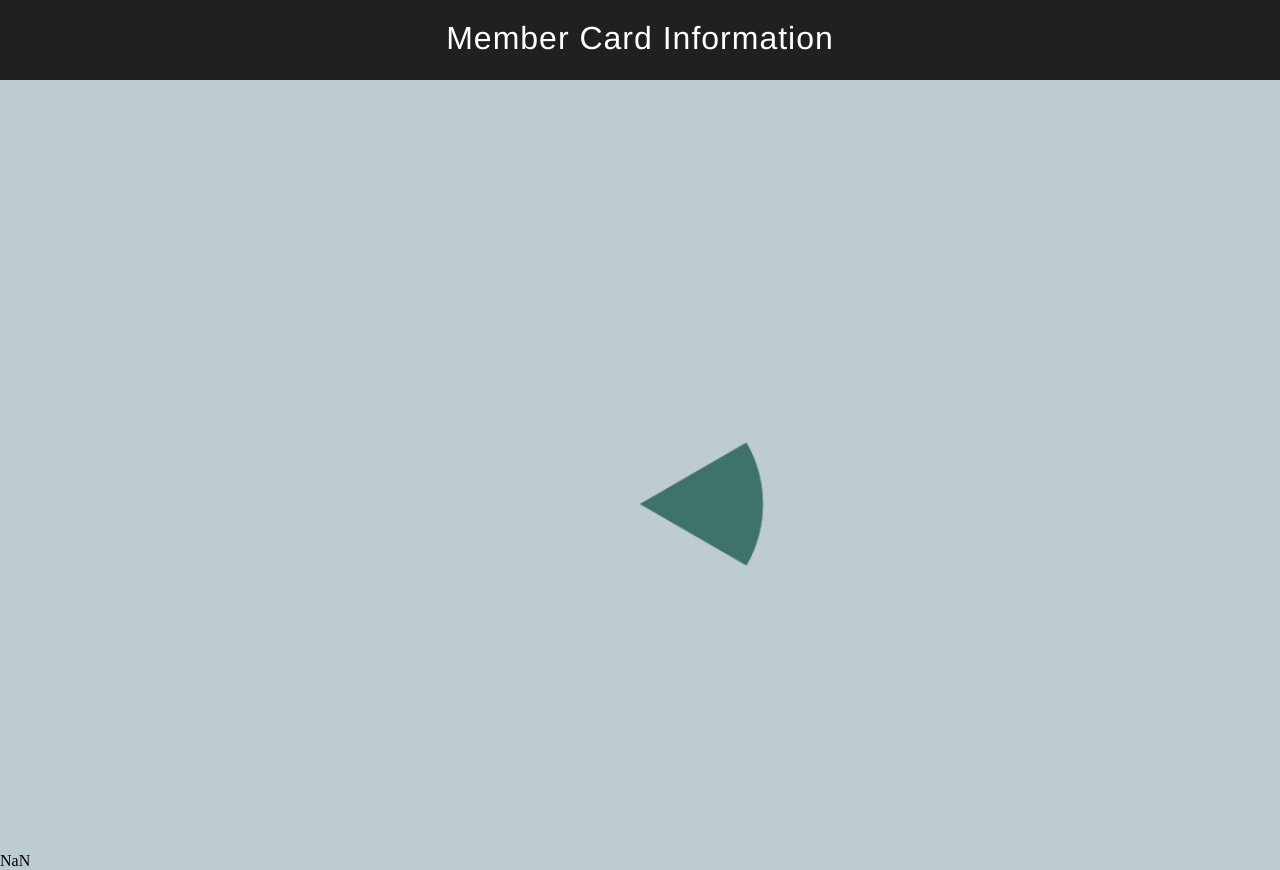
Repository: Leooook/lzhao-fed-test
Page: /
These files come from the project's save history. The page is drawn as it stood at one moment and after the next save; the edit follows.
The browser window is 1280 px wide. The pictures show the whole page.
The page's requests for data from a server got no answer. The project was rebuilt for these pictures with package versions that can differ from the ones it lists, and the page was loaded fresh each time. No one was signed in, and anything a server would have sent is missing. Also part of the build but not shown: src/components/detail.jsx.

Above is the page before, as saved 2021-03-15 21:41:32.

### src/index.html
<!DOCTYPE html>
<html lang="en">
	<head>
		<meta charset="utf-8" />
		<meta http-equiv="X-UA-Compatible" content="IE=edge,chrome=1" />
		<title>Member Card Info</title>
		<meta name="description" content="" />
		<meta name="viewport" content="width=device-width, initial-scale=1.0, maximum-scale=1.0, user-scalable=no" />
	</head>
	<body>
		<div id="root" class="react-root"></div>
	</body>
</html>

### src/App.js
import React, {useState} from 'react';
import {BsCaretDownFill} from 'react-icons/bs'

import './App.css'
import Header from './components/header.jsx'
import Feature from './components/feature.jsx'

export default function App() {
  const [featureAmount, setFeatureAmount] = useState([1])

  const setFeature = () => {
    setFeatureAmount(featureAmount => {return [...featureAmount, 1]})
  }

	return (
    <div className='app'>
      <Header />
      {
        featureAmount.map((key) => <Feature key = {key}/>)
      }
      {
        featureAmount.length > 1 ? <BsCaretDownFill className='add-feature' onClick={() => setFeature()} /> : NaN
      }

    </div>
  )
}

### src/App.css
* {
	margin: 0;
	padding: 0;
	box-sizing: border-box;
}
:root {
	--nav-black: rgba(14, 14, 14, 0.897);
	--white: #ffffff;
	--light-blue: rgb(189, 204, 208);
	--grey: rgb(145, 145, 145);
	--light-grey: rgb(209, 209, 209);
}
/* app */
.app {
	max-width: 100vw;
	min-height: 100vh;
	background-color: var(--light-blue);
}
.add-feature {
	position: relative;
	color: rgba(65, 65, 65, 0.418);
	width: 60px;
	height: 60px;
	margin: 30px auto 0 auto;
	display: block;
	cursor: pointer;
	animation: upAndDown 3s ease-in-out infinite;
}
.add-feature:active {
	transform: scale(1.1);
	transition: all 1s ease;
}
@keyframes upAndDown {
	0% {
		bottom: 0;
	}
	50% {
		bottom: 10px;
	}
	100% {
		bottom: 0;
	}
}
/* end of app */
/* header */
.header {
	background-color: var(--nav-black);
	height: 80px;
	padding: 20px;
	margin-bottom: 80px;
	font-size: 2rem;
	font-family: 'Franklin Gothic Medium', 'Arial Narrow', Arial, sans-serif;
	text-align: center;
	color: var(--white);
	letter-spacing: 1px;
}
@media screen and (max-width: 500px) {
	.header {
		margin-bottom: 30px;
		padding: 30px;
		font-size: 1.4rem;
	}
}
/* end of header */
/* loader */
.load {
	width: 100%;
}
.loadPic {
	width: 20%;
	margin: 30vh 40%;
}
/* end of loader */
/* feature */
.feature {
	margin-top: -65px;
	padding: 60px 8%;
	display: grid;
	grid-template-columns: repeat(auto-fill, minmax(450px, 1fr));
	grid-row-gap: 50px;
	grid-column-gap: 80px;
}
@media screen and (max-width: 500px) {
	.feature {
		padding: 30px 20px;
		display: initial;
	}
}
/* end of feature */
/* detail */
.detail {
	margin: auto;
	padding: 10px 20px;
	width: 450px;
	height: 240px;
	background: hsla(0, 0%, 100%, .3);
	border-radius: 6px;
	box-shadow: 0 6px 20px 6px rgba(0, 0, 0, 0.207);
	display: flex;
	align-items: center;
	cursor: pointer;
	transition: all linear 0.2s;
}
.detail:hover {
	transform: scale(1.05);
	box-shadow: 0 10px 30px 10px rgba(0, 0, 0, 0.207);
}
.left-section {
	width: calc(40% - 20px);
	margin-right: 10%;
}
.right-section {
	width: clac(50% - 20px);
}
.detail-pic {
	margin: 0 auto;
	height: 140px;
	width: 140px;
	border-radius: 50%;
	box-shadow: 0 0 10px 8px var(--light-grey);
}
.detail-info {
	margin-bottom: 10px;
}
.detail-name {
	font-family: 'Playfair Display', serif;
	font-weight: bold;
	font-size: 1.3rem;
}
.detail-name2 {
	font-weight: 100;
	font-size: 0.9rem;
	color: rgb(82, 82, 82);
	font-style: oblique;
}
.detail-sex-date {
	display: flex;
}
.detail-date {
	margin-right: 13px;
}
.detail-font {
	font-family: 'Source Sans Pro', sans-serif;
	font-size: 0.8rem;
}
@media screen and (max-width: 500px) {
	.detail {
		margin-bottom: 30px;
		width: 90vw;
		height: 50vw;
	}
	.detail-pic {
		height: 100px;
		width: 100px;
	}
	.detail-info {
		margin-bottom: 6px;
	}
	.detail-name {
		font-size: 1rem;
	}
	.detail-name2 {
		font-size: 0.8rem;
	}
	.detail-date {
		margin-right: 8px;
	}
	.detail-font {
		font-size: 0.75rem;
	}
}
/* end of detail */

### src/components/header.jsx
import React, { Component } from 'react'

class Header extends Component {
	render() {
		return <section className="header">Member Card Information</section>
	}
}

export default Header

### src/components/feature.jsx
import React, { Component } from 'react'

import Loader from './loader.jsx'
import Detail from './detail.jsx'

class Feature extends Component {
	state = {
		dataSet: [],
		dataAmount: 6
	}

	fetchData = () => {
		fetch('https://randomuser.me/api/', {
			method: 'GET'
		})
			.then((response) => response.json())
			.then((data) => {
				let dataSet = this.state.dataSet
				dataSet.push(data.results[0])
				this.setState({ dataSet })
			})
			.catch((error) => {
				console.error('Error:', error)
			})
	}

	componentDidMount() {
		for (let i = 0; i < this.state.dataAmount; i++) {
			this.fetchData()
		}
	}

	render() {
		if (this.state.dataSet.length === 0 || this.state.dataSet.length % 6 !== 0) {
			return <Loader />
		} else {
			return (
				<section className="feature">
					{this.state.dataSet.map((each, key) => <Detail key={key} data={each} />)}
				</section>
			)
		}
	}
}

export default Feature

### src/components/loader.jsx
import React from 'react'

import loadPic from '../images/load.gif'

function Loader() {
	return (
		<section className="load">
			<img src={loadPic} className="loadPic" alt="load" />
		</section>
	)
}

export default Loader

Loaded but not shown: src/index.js (common file)

After the next save:
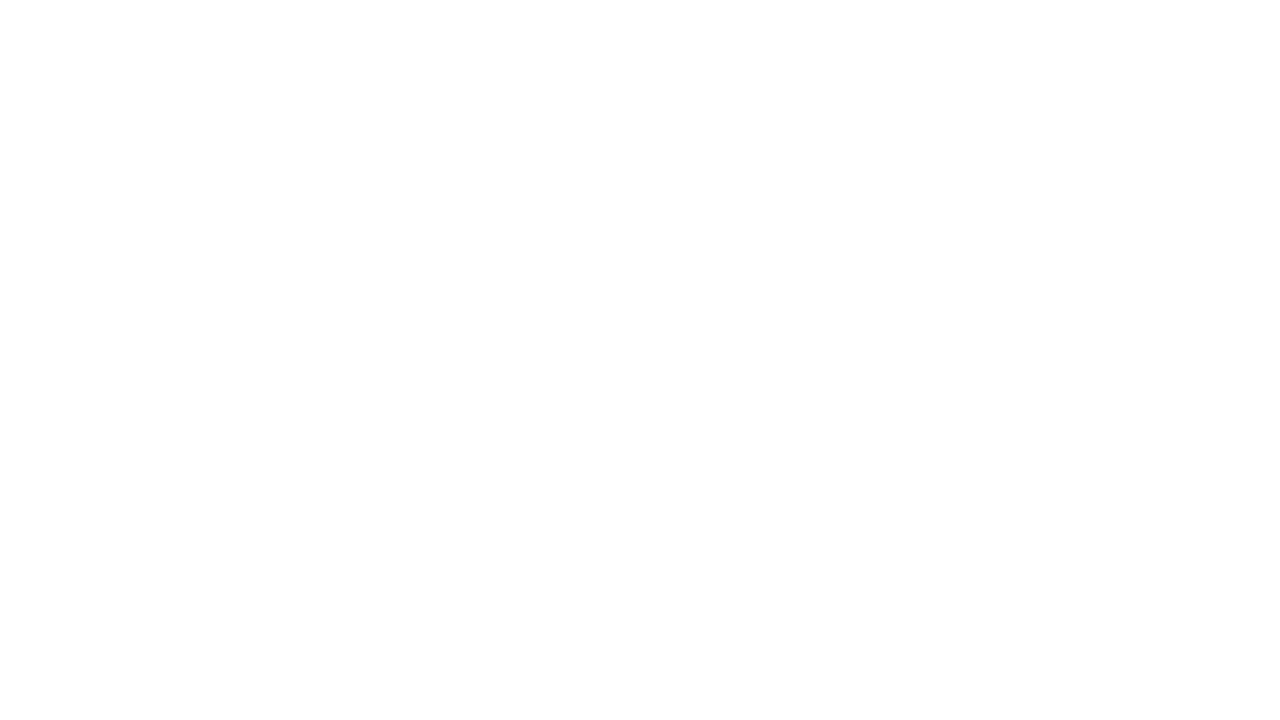
Console error: TypeError: featureAmount.length is not a function
Saved 9 s later.
--- a/src/App.js
+++ b/src/App.js
@@ -19,7 +19,7 @@
         featureAmount.map((key) => <Feature key = {key}/>)
       }
       {
-        featureAmount.length > 1 ? <BsCaretDownFill className='add-feature' onClick={() => setFeature()} /> : NaN
+        featureAmount.length() > 1 ? <BsCaretDownFill className='add-feature' onClick={() => setFeature()} /> : NaN
       }
 
     </div>

After the save that followed:
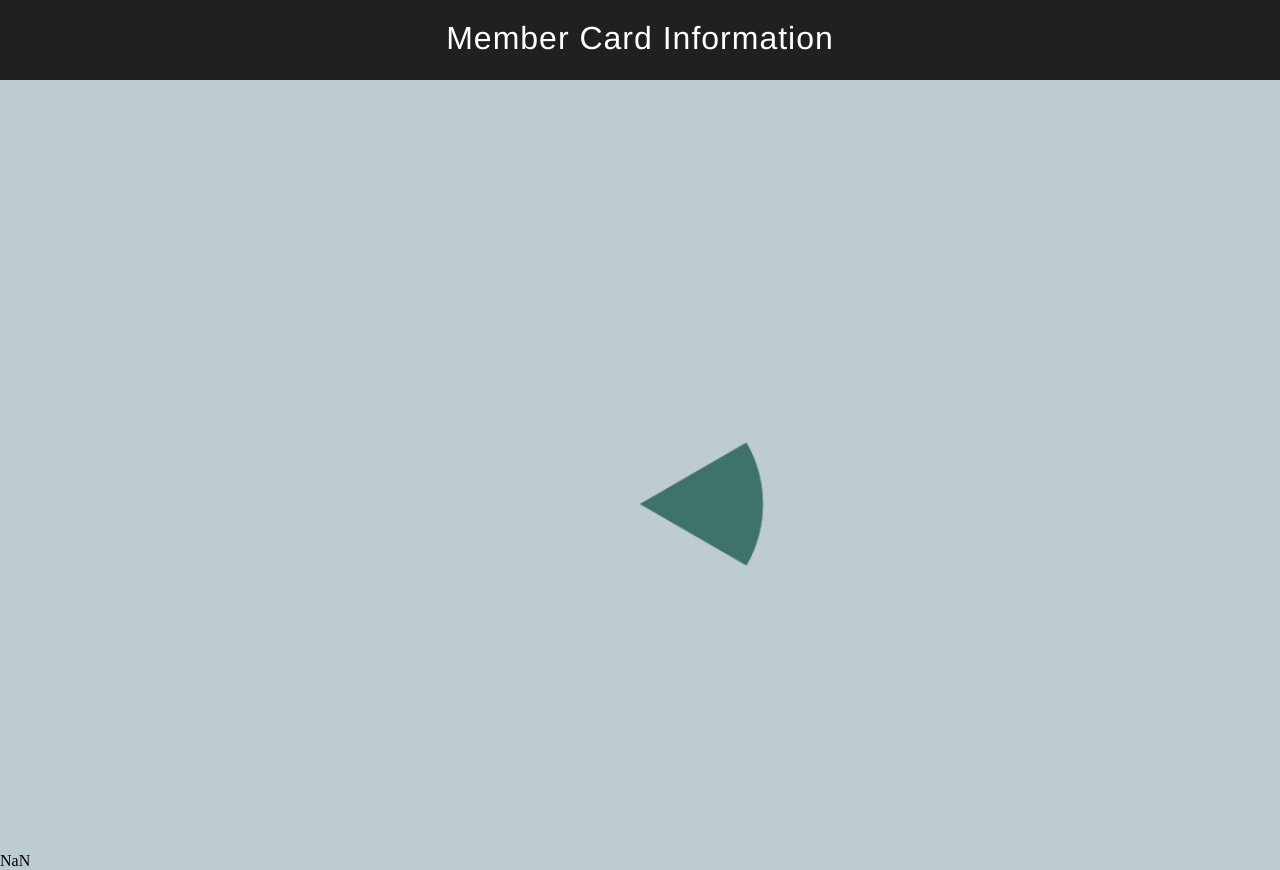
The error is gone.
Saved 11 s later.
--- a/src/App.js
+++ b/src/App.js
@@ -19,7 +19,7 @@
         featureAmount.map((key) => <Feature key = {key}/>)
       }
       {
-        featureAmount.length() > 1 ? <BsCaretDownFill className='add-feature' onClick={() => setFeature()} /> : NaN
+        featureAmount.length > 1 ? <BsCaretDownFill className='add-feature' onClick={() => setFeature()} /> : NaN
       }
 
     </div>
